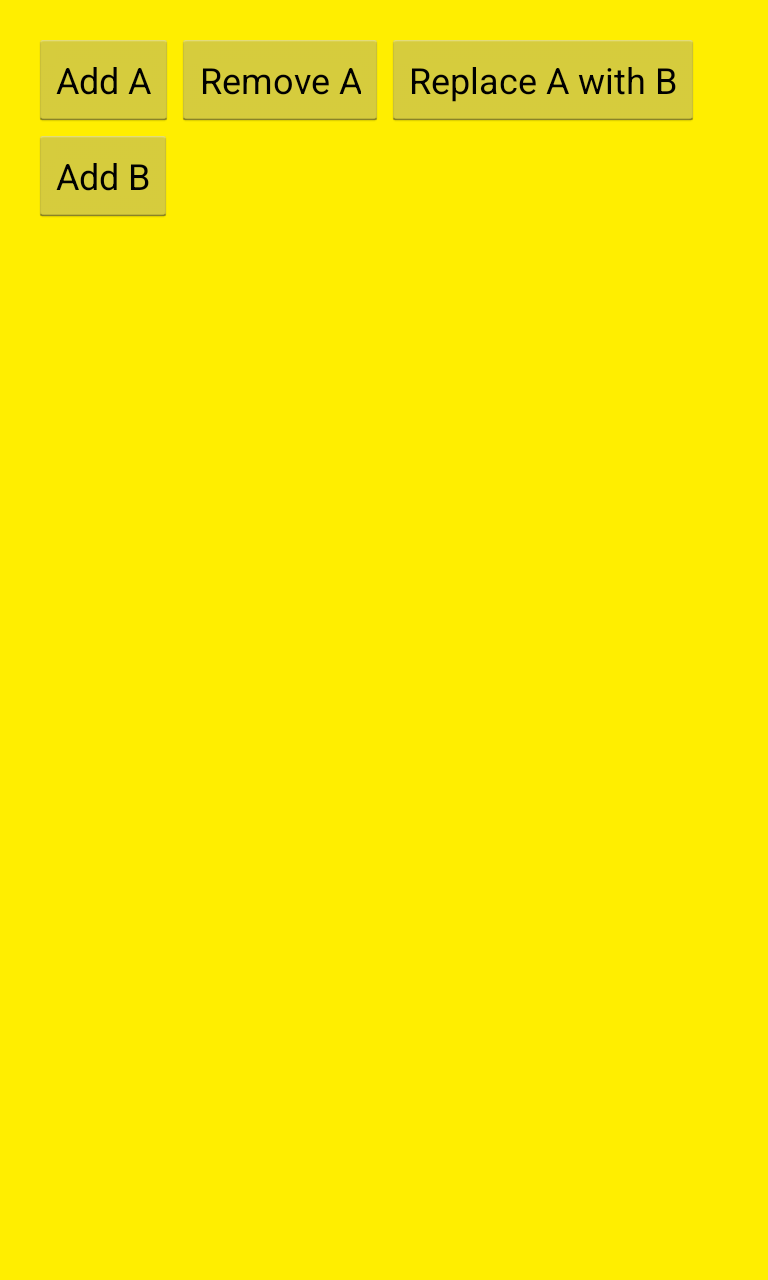
Repository: sbobhate/Android-Applications
Layout: Back Stack/res/layout/activity_main.xml
The author's editor kept a copy of each file at every save. The layout is drawn from the files as they stood at one save, then again after the next save.
It is drawn on a 768 x 1280 px phone screen (xhdpi) without system bars, with theme AppTheme; the app's code is not run.

Above is the layout before, as saved 2014-02-18 18:08:38.

After the next save:
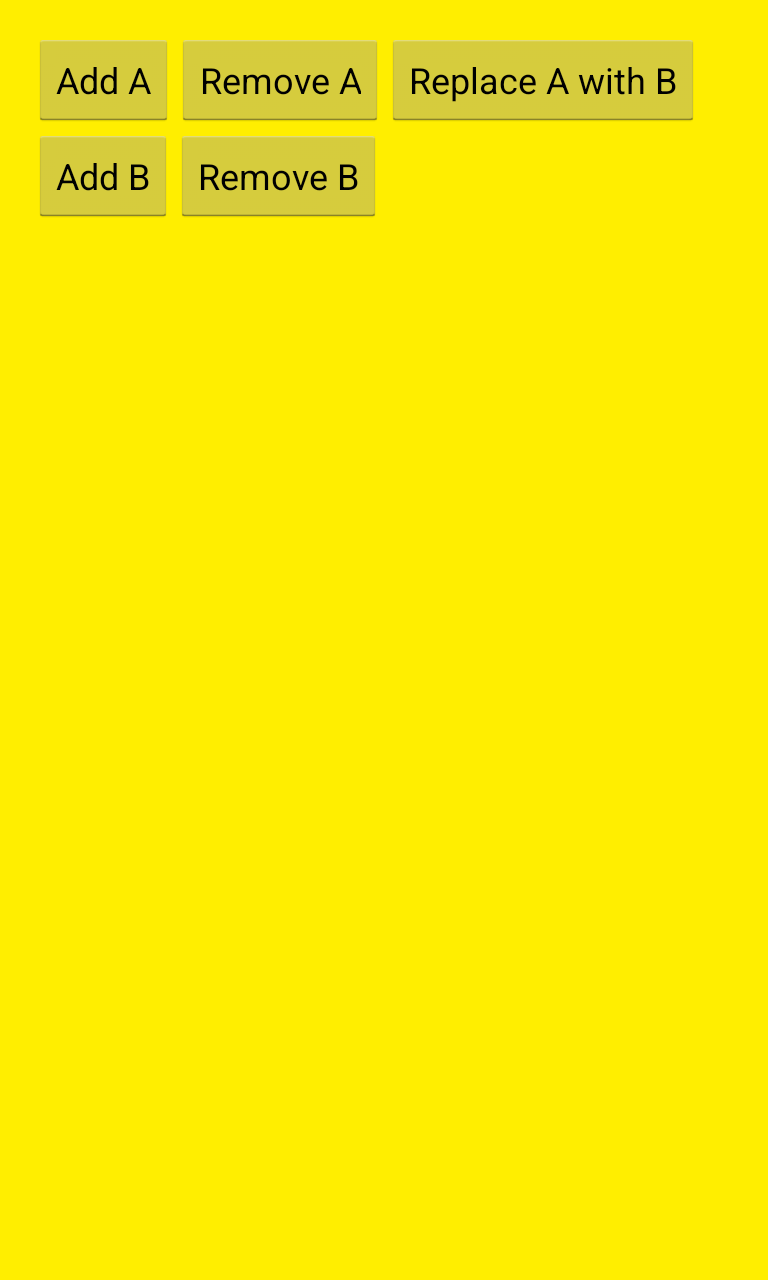
Saved 24 s later.
--- a/Back Stack/res/layout/activity_main.xml
+++ b/Back Stack/res/layout/activity_main.xml
@@ -49,4 +49,14 @@
         android:onClick="addB"
         />
 
+    <Button
+        android:id="@+id/button5"
+        android:layout_width="wrap_content"
+        android:layout_height="wrap_content"
+        android:text="@string/removeB"
+        android:layout_alignBottom="@+id/button4"
+        android:layout_toRightOf="@+id/button4"
+        android:onClick="removeB"
+        />
+
 </RelativeLayout>
